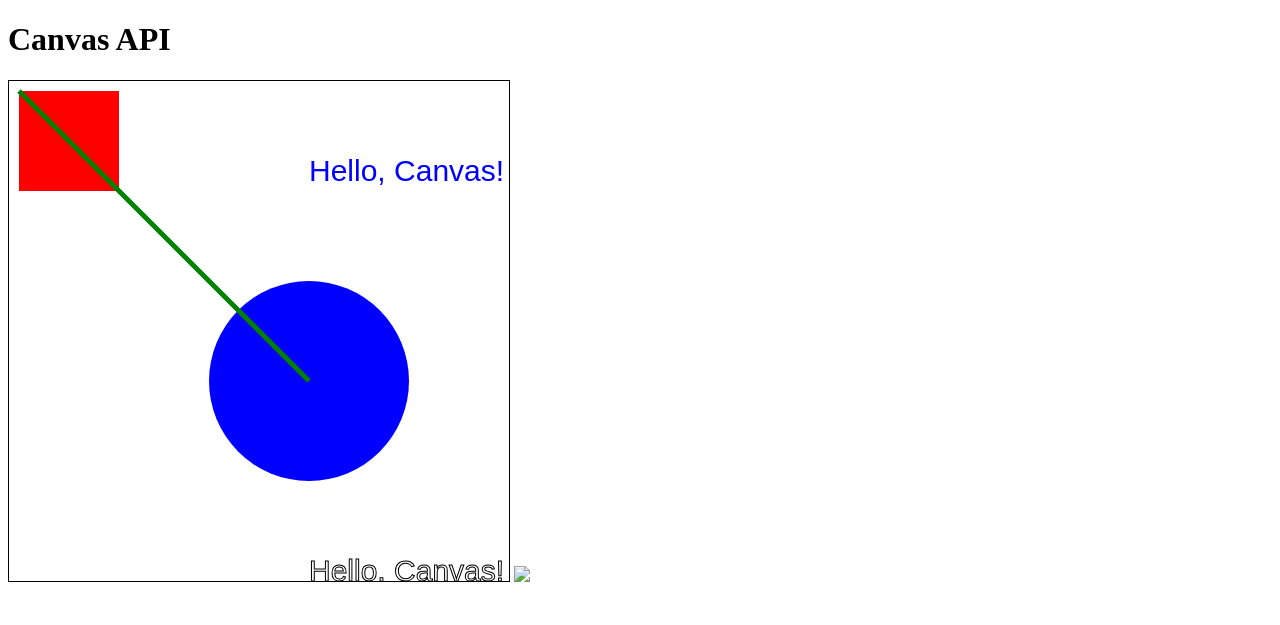
Repository: aobeid1979/small-ideas-
Page: Canvas API/index.html
The author's editor kept a copy of each file at every save. The page is drawn from the files as they stood at one save, then again after the next save.
The browser window is 1280 px wide. The pictures show the whole page.

Above is the page before, as saved 2025-06-28 13:38:55.

### Canvas API/index.html
<!DOCTYPE html>
<html lang="en">
<head>
    <meta charset="UTF-8">
    <meta name="viewport" content="width=device-width, initial-scale=1.0">

    <style>
        canvas {
            border: 1px solid black;
        }
    </style>
    <title>Canvas API</title>
</head>
<body>
    <h1>Canvas API</h1>

    <canvas id="my-canvas" width="500" height="500"></canvas>
    <img src=" "ball.png" alt=" "Ball Image width="100" height="100">

    <script src="script.js"></script>
</body>
</html>

### Canvas API/script.js
const canvas = document.getElementById('my-canvas');

const ctx = canvas.getContext('2d');

ctx.fillStyle = 'red';
ctx.fillRect(10, 10, 100, 100);

ctx.fillStyle = 'blue';
ctx.arc(300, 300, 100, 0, Math.PI * 2);
ctx.fill();


ctx.beginPath();
ctx.strokeStyle = 'green';
ctx.lineWidth = 5;
ctx.moveTo(10, 10);
ctx.lineTo(300, 300);
ctx.stroke();


ctx.font = '30px Arial';
ctx.lineWidth = 1;
ctx.fillStyle ='blue';
ctx.strokeStyle = 'black';
ctx.fillText('Hello, Canvas!', 300, 100, 300);
ctx.strokeText('Hello, Canvas!', 300, 500, 300);

After the next save:
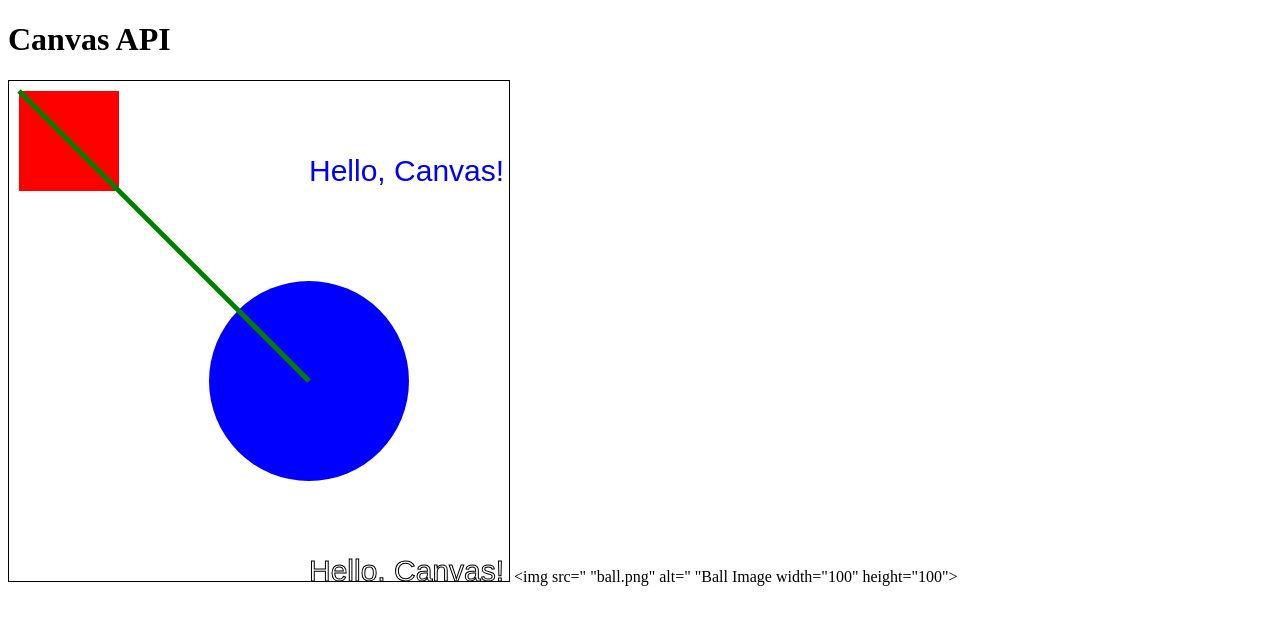
Saved 16 s later.
--- a/Canvas API/index.html
+++ b/Canvas API/index.html
@@ -15,7 +15,7 @@
     <h1>Canvas API</h1>
 
     <canvas id="my-canvas" width="500" height="500"></canvas>
-    <img src=" "ball.png" alt=" "Ball Image width="100" height="100">
+    &lt;img src=" "ball.png" alt=" "Ball Image width="100" height="100">
 
     <script src="script.js"></script>
 </body>

After the save that followed:
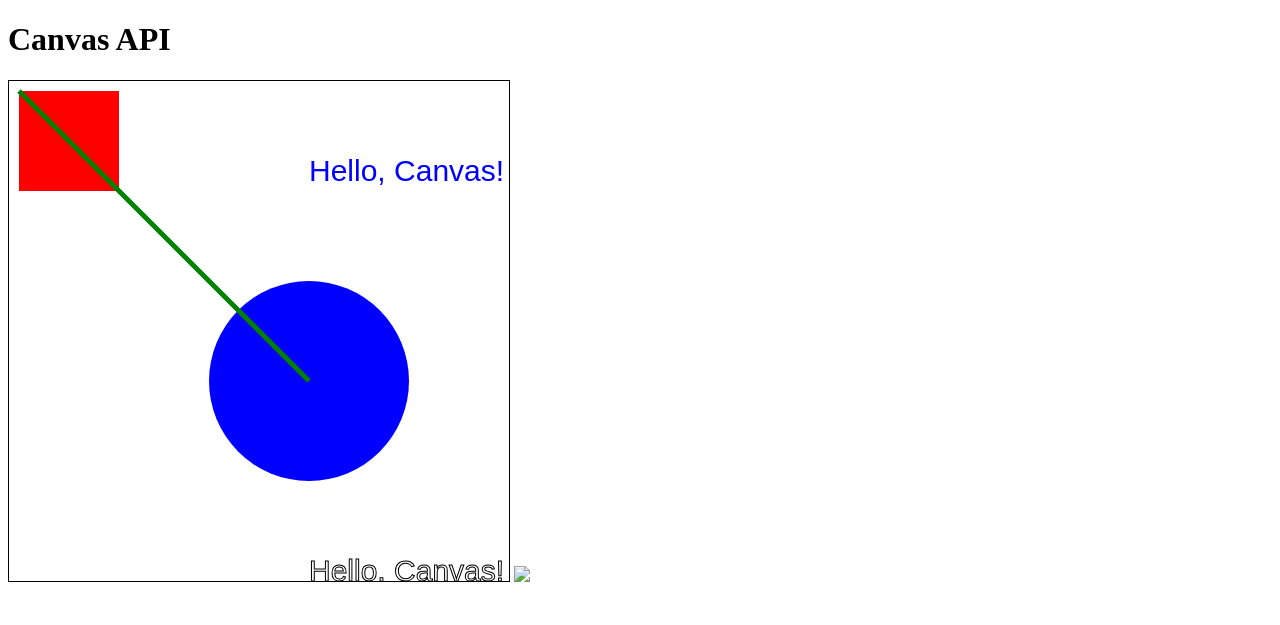
Saved 13 s later.
--- a/Canvas API/index.html
+++ b/Canvas API/index.html
@@ -15,7 +15,7 @@
     <h1>Canvas API</h1>
 
     <canvas id="my-canvas" width="500" height="500"></canvas>
-    &lt;img src=" "ball.png" alt=" "Ball Image width="100" height="100">
+    <img src=" "ball.png" alt=" "Ball Image width="100" height="100">
 
     <script src="script.js"></script>
 </body>
